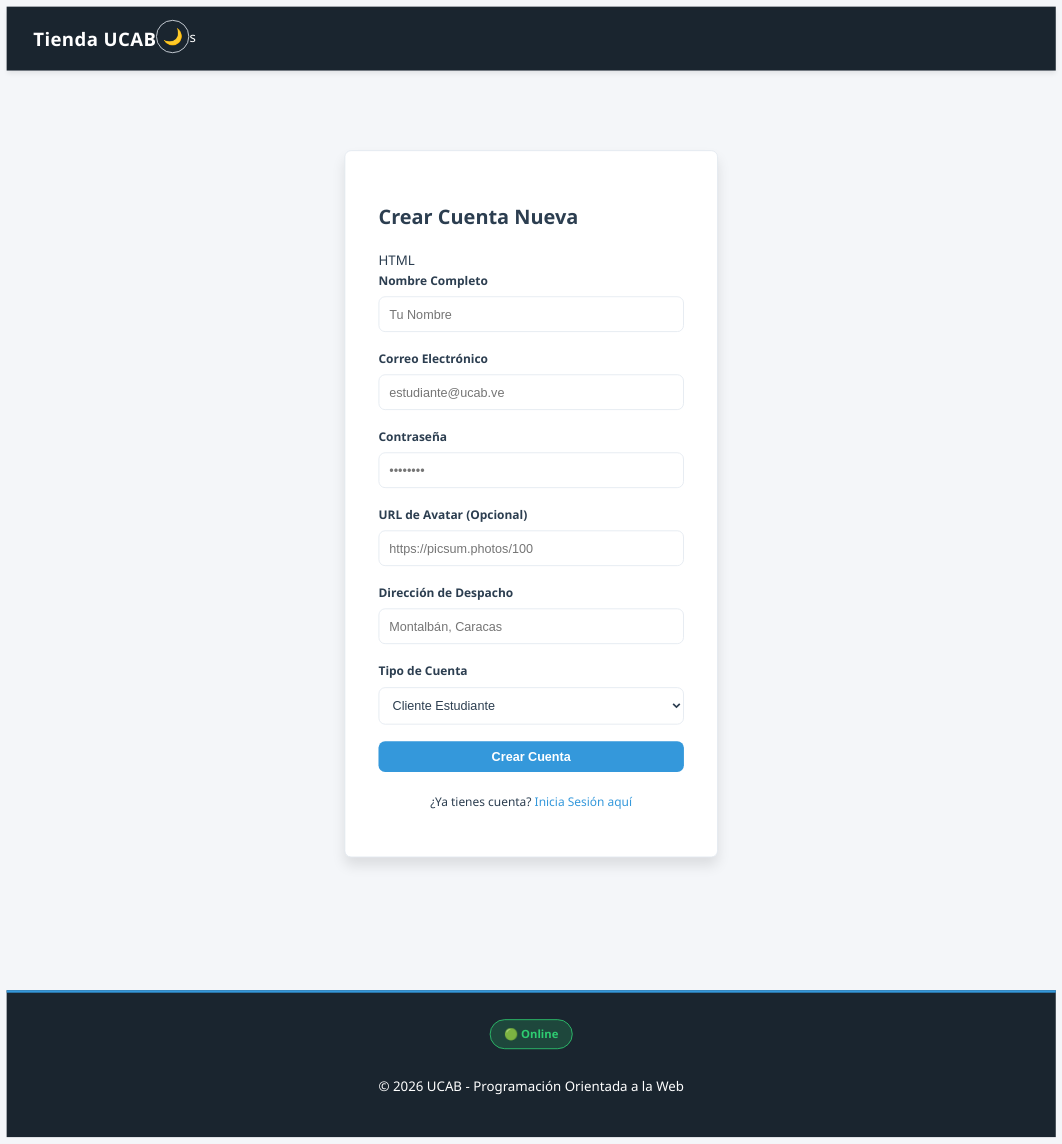
Repository: CamiloCeci/ecommerce-ucab
Page: registro.html
An editor plug-in stored every save of this project. The page is shown before and after the next save, followed by the edit.
The browser window is 1280 px wide. The pictures show the whole page, at 83% of full size.

Above is the page before, as saved 2026-06-08 12:21:07.

After the next save:
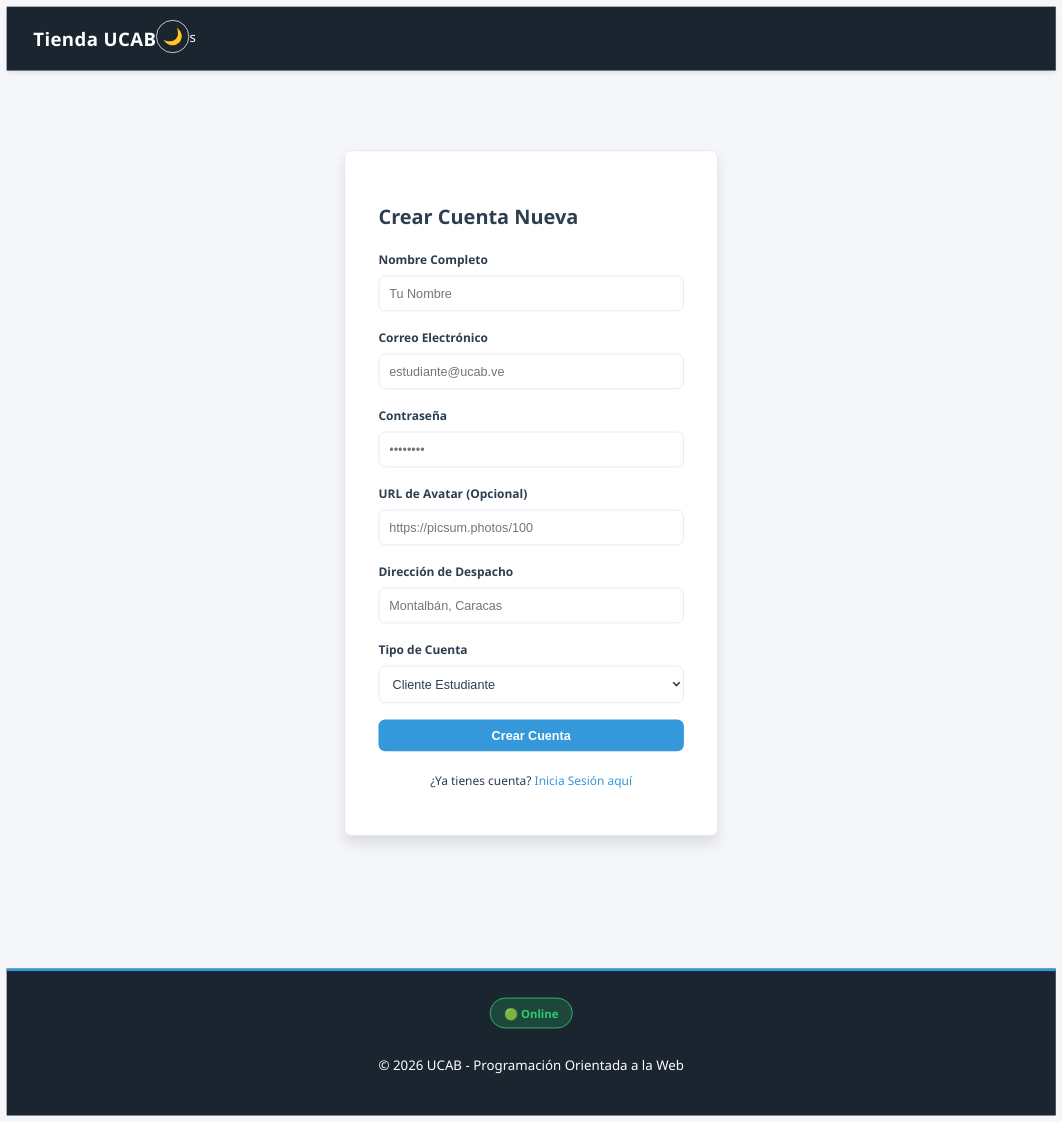
Saved 32 s later.
--- a/registro.html
+++ b/registro.html
@@ -17,7 +17,6 @@
     <main class="container-auth">
         <section class="auth-card">
             <h2>Crear Cuenta Nueva</h2>
-            HTML
             <form id="register-form">
                 <div class="form-group">
                     <label for="reg-name">Nombre Completo</label>
